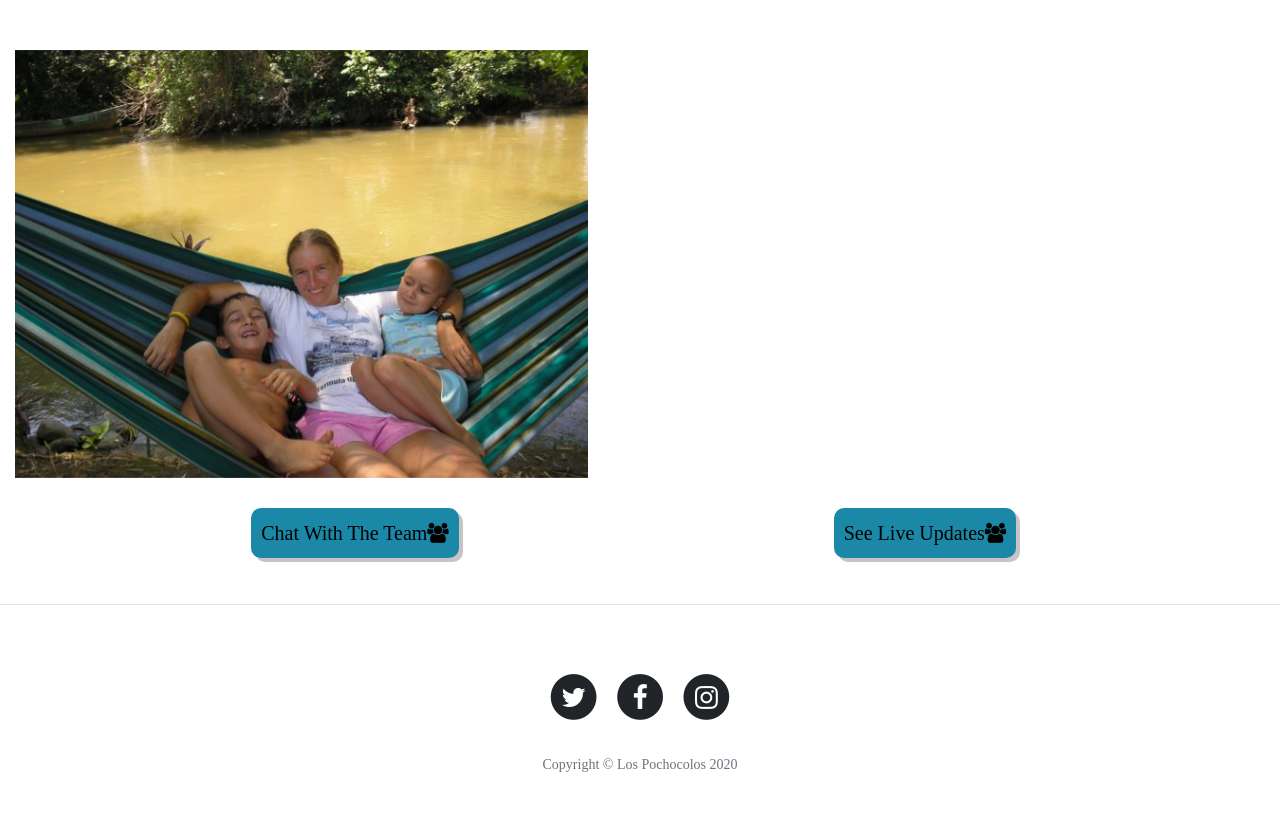
Repository: cachimiro/los-pochoclos
Page: http://localhost/charity
The author's editor kept a record of every edit. The page is drawn from the files as they stood at one moment, then again after the next edit.
The browser window is 1280 px wide. The pictures show the part of the page from y = 1029 to 1869 px (the page is 1869 px tall before and 1810 px after).
Some web libraries are served in a nearby version. The page is served by the project's application, run on Flask 3 (run.py). Queries for data that is not in the repository find no rows.

Above is the page before.
Console error: ReferenceError: emailjs is not defined

After the next edit:
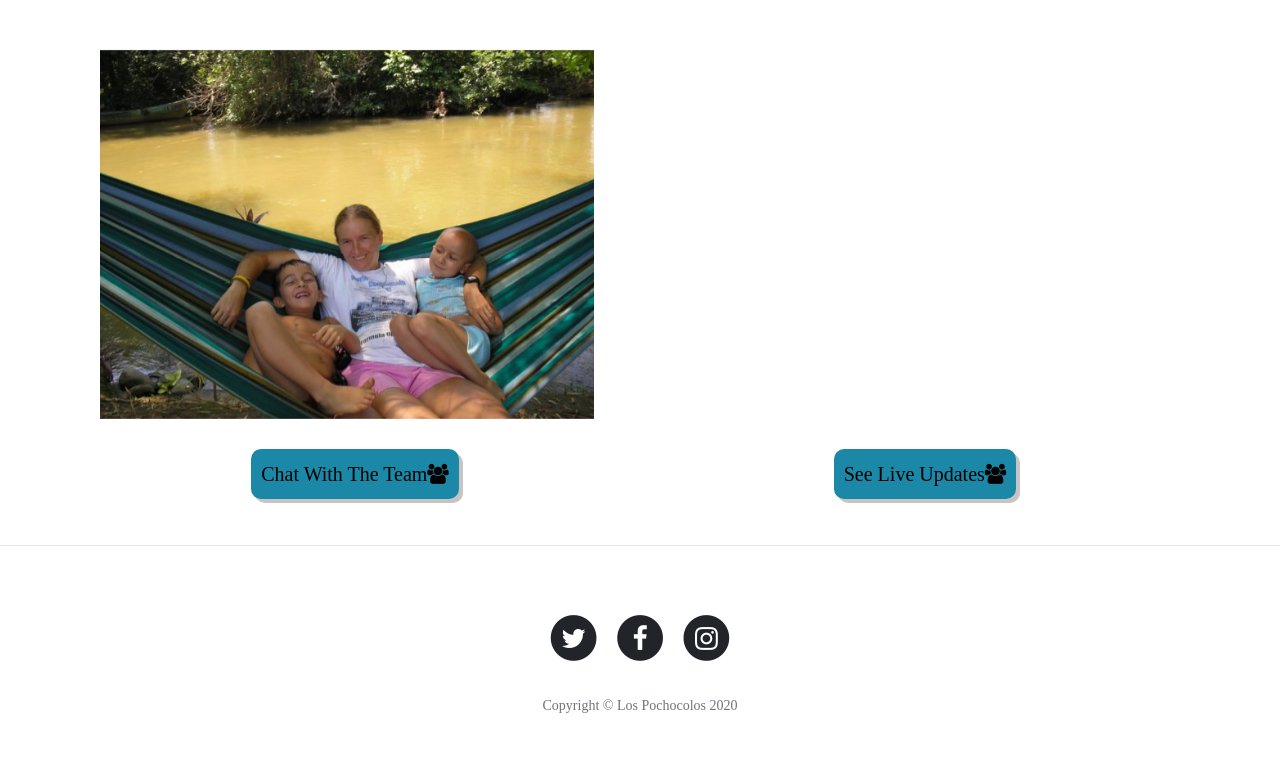
The edit:
--- a/templates/charity.html
+++ b/templates/charity.html
@@ -84,6 +84,7 @@
 
 
 </style>
+<div id="hide charity" style="display: block;">
 <h2> {{ page_title }} </h2>
 <header class="masthead" style="background-image: url('https://scontent-lht6-1.xx.fbcdn.net/v/t1.0-9/198979_183783401664354_8256655_n.jpg?_nc_cat=107&_nc_ohc=fo7OV44w-2MAQn056HLddJiNwwdMlJGb7H2xHXyMq6WGMhgtGDJShV99A&_nc_ht=scontent-lht6-1.xx&oh=b607f42559864e66febb7cb282797aff&oe=5E6CB1C7')">
   <div class="overlay">
